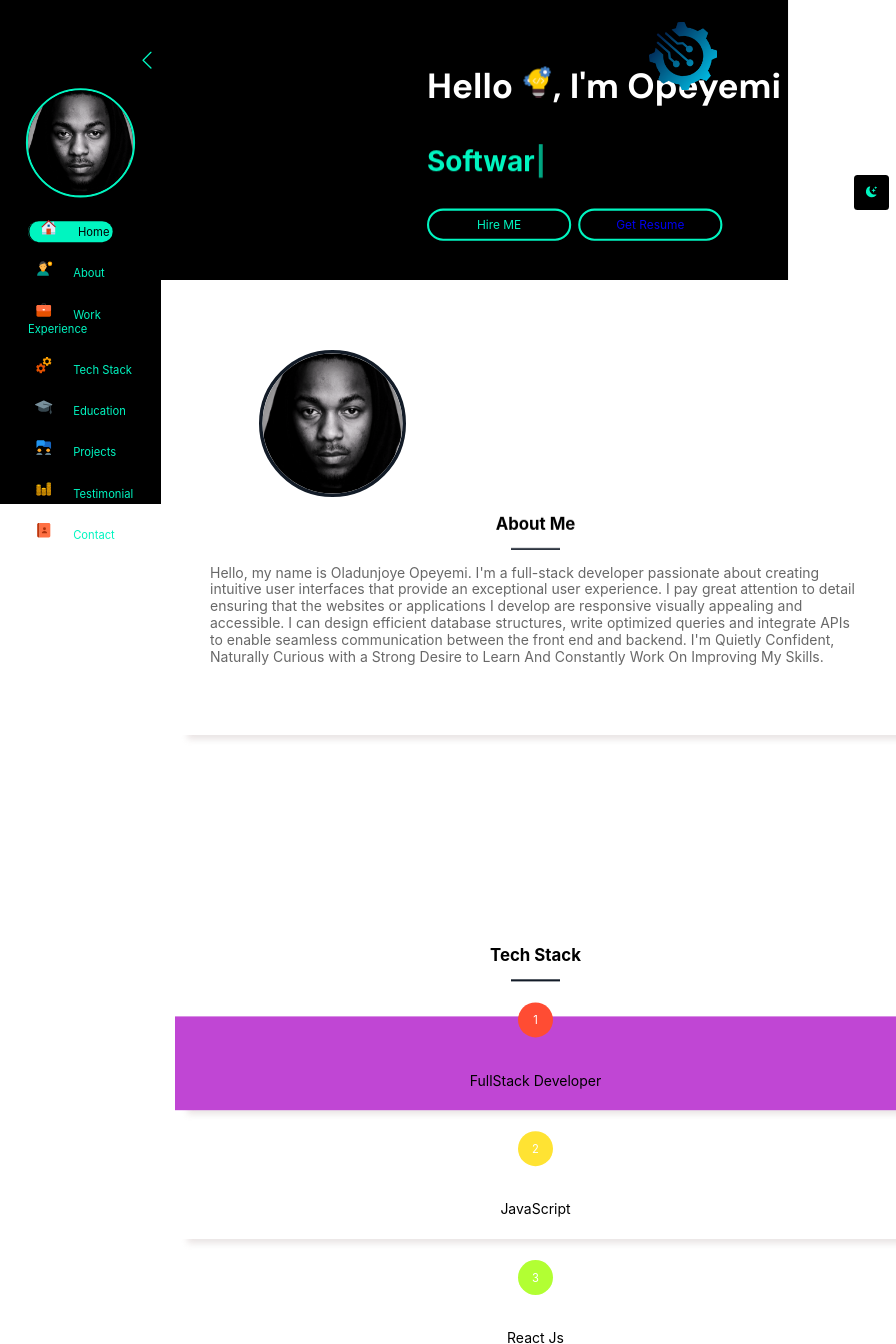
Repository: Laoye99/portfolio
Page: /
These files come from the project's save history. The page is drawn as it stood at one moment and after the next save; the edit follows.
The browser window is 1280 px wide. The pictures show the part of the page from y = 0 to 1920 px (the page is 3177 px tall), at 70% of full size.
The project was rebuilt for these pictures with package versions that can differ from the ones it lists, and the page was loaded fresh each time. Imported but missing from the stored project, and not drawn on this page: src/components/Home/MyResume.pdf.

Above is the page before, as saved 2024-02-15 14:00:20.

### src/App.js
import './App.css';
import { createContext, useState } from 'react';
import ScrollToTop from 'react-scroll-to-top';
import Navbar from './components/SideNav/Navbar';
import Sidebar from './components/SideNav/Sidebar';
import About from './components/About/About';
import TechStack from './components/TechStack/TechStack';

export const ThemeContext = createContext(null);

const App = () => {
  const [theme, setTheme] = useState("light");

  const changeTheme = () => {
    setTheme((prev) => (prev === "light" ? "dark" : "light"));
  };
  return (
    <ThemeContext.Provider value={{ theme, changeTheme }}>
    <div id={theme}>
    <Navbar/>
    <Sidebar changeTheme={changeTheme} theme={theme}/>
    <About/>
    <TechStack/>
    </div>
    <ScrollToTop
    top="200"
    smooth
    height="20"
    width="20"
    color="#00f5c0"
    style={{ borderRadius: "90px ", backgroundColor: "#000000" }}
    />
    </ThemeContext.Provider>
  );
}

export default App;

### src/App.css
::-webkit-scrollbar {
  width: 8px;
  height: auto;
}

::-webkit-scrollbar-track {
  box-shadow: inset 0 0 5px rgb(103, 100, 109);
}

::-webkit-scrollbar-thumb {
  background-color: #121b27;
  border-radius: 5px;
}

::-webkit-scrollbar-thumb:hover {
  background-color: rgba(189, 59, 210, 0.94);
}

#dark {
  background-color: #273746;
  color: #ffffff;
}

### src/components/SideNav/Navbar.js
import { useState } from "react";
import "./Navbar.css";
import {GiHamburgerMenu} from "react-icons/gi";
import { Link } from "react-scroll";
import {
    FcHome,
    FcBriefcase,
    FcContacts,
    FcServices,
    FcCollaboration,
    FcPortraitMode } from "react-icons/fc";
import {FaUser} from "react-icons/fa";

const Navbar = () => {
    const [open, setOpen] = useState(false);

    const handleClick = () => {
        setOpen(!open);
    };
    return(
        <div className="navbar">
        <div className="navbar-header">
        <p>
        <GiHamburgerMenu size={25} onClick={handleClick} />
        </p>
        </div>
        {open ? (
        <div className="nav">
        <ul>
        <li className="nav-item">
        <Link
        to="home"
        spy={true}
        smooth={true}
        duration={100}
        offset={-100}
        >
        <FcHome size={25}/>
        Home
        </Link>
        </li>
        <li className="nav-item">
        <Link
        to="about"
        spy={true}
        smooth={true}
        duration={100}
        offset={-100}
        >
        <FcPortraitMode size={25}/>
        About
        </Link>
        </li>
        <li className="nav-item">
        <Link
        to="project"
        spy={true}
        smooth={true}
        duration={100}
        offset={-100}
        >
        <FcBriefcase  size={25}/>
        Work Experience
        </Link>
        </li>
        <li className="nav-item">
        <Link
        to="stack"
        spy={true}
        smooth={true}
        duration={100}
        offset={-100}
        >
        <FcServices  size={25} />
        Tech Stack
        </Link>
        </li>
        <li className="nav-item">
        <Link
        to="project"
        spy={true}
        smooth={true}
        duration={100}
        offset={-100}
        >
        <FcCollaboration   size={25} />
        Projects
        </Link>
        </li>
        <li className="nav-item">
        <Link
        to="contact"
        spy={true}
        smooth={true}
        duration={100}
        offset={-100}
        >
        <FcContacts size={25}/>
        Contact
        </Link>
        </li>
        </ul>
        </div>
        ) : null}
        </div>
    );
};

export default Navbar;

### src/components/SideNav/Sidebar.js
import { useState } from "react";
import { BsChevronLeft, BsChevronRight } from "react-icons/bs";
import "./Sidebar.css";
import SidebarList from "./SidebarList";
import Home from "../Home/Home";


const Sidebar = ({ theme,changeTheme }) => {
    const [expandSidebar, setExpandSidebar] = useState(true);

    const handleExpandClick = () => {
        setExpandSidebar(!expandSidebar);
    };
    return(
        <div className="container-fluid sidebar-section">
        <div className={expandSidebar ? "sidebar-expand sidebar" : "sidebar"}>
        <div className="icon-sidebar">
        <p onClick={handleExpandClick}>
        {expandSidebar ? (
            <BsChevronLeft size={30} color="#00f5c0"/>
            ) : (
        <BsChevronRight size={30} color="#00f5c0"/>
            )}
        </p>
        </div>
        <SidebarList expandSidebar={expandSidebar} />
        </div>
        <div className="container-fluid">
          <Home changeTheme = {changeTheme} theme = {theme}/>
        </div>

        </div>
    );
};

export default Sidebar;

### src/components/About/About.js
import React from "react";
import ProfilePic from "../../Image/Screenshot (29).png";
import {Fade} from "react-awesome-reveal";
import {Flip} from "react-awesome-reveal";
import './About.css';
const About = () => {
    return(
        <div className="container about-section" id="about">
    <div className="row">
      <Fade bottom>
        <div className="col-xl-6 col-lg-6 col-md-12 col-sm-12">
          <div className="about-image">
            <img src={ProfilePic} alt="Profile" />
          </div>
        </div>
      </Fade>
      <div className="col-xl-6 col-lg-6 col-md-12 col-sm-12">
        <div className="about-details">
          <Flip left>
            <div className="about-title">
              <h2>About Me</h2>
              <span className="line"></span>
            </div>
          </Flip>

          <Fade right>
            <p className="description">
              Hello, my name is Oladunjoye Opeyemi.
              I'm a full-stack developer
              passionate about creating intuitive
              user interfaces that provide
              an exceptional user experience.
              I pay great attention to detail
              ensuring that the websites or applications
              I develop are responsive
              visually appealing and accessible.
              I can design efficient database
              structures, write optimized queries
              and integrate APIs to enable
              seamless communication between
              the front end and backend.
              I'm Quietly Confident, Naturally Curious
               with a Strong Desire to
              Learn And Constantly Work On Improving My Skills.
            </p>
          </Fade>
        </div>
      </div>
    </div>
  </div>
    )
};

export default About;

### src/components/TechStack/TechStack.js
import React, { useState } from "react";
import "./TechStack.css";
import { Fade } from "react-awesome-reveal";
import { Zoom } from "react-awesome-reveal";


const TechStack = () => {
    const data = [
        {
          name: "FullStack Developer",
        },

        {
          name: "JavaScript",
        },
        {
          name: "React Js",
        },
        {
          name: "Next JS",
        },
        {
          name: "CSS",
        },
        {
          name: "HTML5",
        },
        {
          name: "BootStrap",
        },
        {
          name: "TailwindCSS",
        },
        {
          name: "React Native",
        },
        {
          name: "Vanilla JS",
        },
        {
          name: "SCSS",
        },
        {
          name: "Git",
        },
        {
          name: "GitHub",
        },
        {
          name: "Java",
        },
        {
          name: "Springboot",
        },
        {
          name: "Servlet",
        },
        {
          name: "Maven",
        },
        {
          name: "Eclipse IDE",
        },
        {
            name: "IntelliJ IDE",
        },
        {
            name: "MySQL",
        },
        {
            name: "Postman",
        },
        {
            name: "MySQL",
        },
        {
            name: "Tomcat",
        },
      ];

      const colors = [
        "#FF4C33",
        "#FFE333",
        "#B2FF33",
        "#33FF58",
        "#33FFC1",
        "#33CAFF",
        "#3355FF",
        "#9333FF",
        "#F033FF",
        "#FF33C4",
        "#FF3386",
        "#FF334C",
        "#33FF42",
        "#FF3633",
        "#9C33FF",
        "#33FFF6",
        "#33FF58",
        "#FF33C4",
        "#034694",
        "#5A0394",
        "#940303",
        "#944403",
        "#449403",
        "#03945C"
      ];

      const [showMoreTechStack, setMoreTechStack] = useState(9);

      const loadMore = () => {
        setMoreTechStack((prev) => prev + 3);
      };
      return (
        <div className="container techstack-section" id="stack">
      <div className="section-title">
        <h2>Tech Stack</h2>
        <span className="line"></span>
      </div>

      <div className="row">
        {data.slice(0, showMoreTechStack).map((item, index) => (
          <Fade right>
            <div className="col-xl-4 col-lg-4 col-md-6 col-sm-12" key={index}>
              <div
                className={
                  index === 0
                    ? "tech-content-marked tech-content"
                    : "tech-content"
                }
              >
                <span
                  className="tech-number"
                  style={{ backgroundColor: colors[index] }}
                >
                  {index + 1}
                </span>
                <p>{item.name}</p>
              </div>
            </div>
          </Fade>
        ))}
      </div>

      {showMoreTechStack >= data.length ? null : (
        <Zoom>
          <span className="load-more" onClick={loadMore}>
            Load More
          </span>
        </Zoom>
      )}
    </div>
      );
};

export default TechStack;

### src/components/SideNav/Navbar.css
.navbar {
    position: sticky;
    top: 0;
    z-index: 1;
  }

  .navbar-header {
    width: 100%;
    background-color: #00f5c0;
    color: #000000;
    padding: 5px;
  }

  .navbar-header p svg {
    margin-left: 10px;
    cursor: pointer;
    margin-top: 20px;
    margin-right: 5px;
  }

  .nav {
    height: auto;
    width: 210px;
    background-color: #000000;
    margin-top: 30px;
    padding-top: 10px;
    padding-bottom: 10px;
  }

  .nav ul li {
    color: #000000;
    list-style-type: none;
    cursor: pointer;
    text-decoration: none;
    margin-top: 30px;
  }

  .nav ul li a {
    text-decoration: none;
    color: #00f5c0;
  }

  .nav-item .active {
    color: #000000;
    background-color: #00f5c0;
    border-radius: 90px;
    padding: 5px;
    width: 100%;
  }

  @media (min-width: 1000px) {
    .navbar {
      display: none;
    }
  }

### src/components/SideNav/Sidebar.css
.sidebar-section {
    display: flex;
    /* background-color: #030303da; */
  }

  .sidebar {
    height: 100vh;
    background-color: #000000;
    width: 95px;
    position: fixed;
  }

  .sidebar-expand {
    width: 230px;
  }

  .container-fluid {
    padding-left: 0px !important;
    padding-right: 0px !important;
    overflow: hidden;
  }

  .icon-sidebar {
    display: flex;
    align-items: right;
    justify-content: right;
    cursor: pointer;
  }

  .icon-sidebar p svg {
    background-color: #000000;
    padding: 5px;
    color: #00f5c0;
    border-radius: 5px;
    margin-top: 50px;
  }

  @media (max-width: 1000px) {
    .sidebar {
      display: none;
    }
  }

### src/components/Home/Home.js
import React from 'react';
import Typewriter from 'typewriter-effect';
import { BsFillMoonStarsFill, BsSun } from 'react-icons/bs';
import { Fade } from 'react-awesome-reveal';
import concept from "../../Image/concept.png";
import automation from "../../Image/automation.png";
import "./Home.css";
import MyCv from './MyResume.pdf';



const Home = ({theme, changeTheme}) => {
    return(
        <div className='container-fluid home' id="home">
        <div  className='theme-change' onClick={changeTheme}>
        {theme === "light" ? (
            <p>
            <BsFillMoonStarsFill />{" "}
            </p>
            ) : (
                <p className='sun-light-icon'>
                <BsSun/>
                </p>
            )}
        </div>

        <div className='container home-content'>
        <Fade right>
        <h1>
        Hello <img alt='vector' src={concept}/>, I'm Opeyemi
        </h1>

        <h2>
        <Typewriter
        options={{
            strings: [
              "Frontend Developer",
              "Backend Developer",
              "Software Engineer",
            ],
            autoStart: true,
            loop: true,
            delay: 5,
          }}
        />
        </h2>
        </Fade>

        <Fade bottom>
        <div className='button-for-action'>
        <div className='hire-me-button'>Hire ME</div>
        <div className="get-resume-button">
              <a href={MyCv} download="Opeyemi_cv">
                Get Resume
              </a>
            </div>
        </div>
        </Fade>
        <img className='automation' alt='automation' src={automation}/>
        </div>
        </div>
    )

};

export default Home;

### src/components/About/About.css
.about-section {
    box-shadow: 15px 9px 9px -2px rgba(230, 224, 244, 0.86);
    -webkit-box-shadow: 15px 9px 9px -2px rgba(230, 224, 224, 0.86);
    -moz-box-shadow: 15px 9px 9px -2px rgba(230, 224, 224, 0.86);

    margin-top: 50px;
    height: 600px;
    margin-left: 250px;
    padding: 0px 50px;
  }

  #dark .about-section {
    box-shadow: none;
    background-color: #17202a;
    box-shadow: -6px 11px 5px -4px rgba(0, 0, 0, 0.42);
    -webkit-box-shadow: -6px 11px 5px -4px rgba(0, 0, 0, 0.42);
    -moz-box-shadow: -6px 11px 5px -4px rgba(0, 0, 0, 0.42);
  }

  .about-image img {
    height: 200px;
    width: 200px;
    border-radius: 190px;
    margin-top: 50px;
    margin-left: 70px;
    border: 5px solid #121b27;
    object-fit: cover;
  }

  #dark .about-image img {
    border: 5px solid #ffffff;
  }

  .about-details {
    margin: 0;
  }

  .about-title h2 {
    text-align: center;
  }
  .description {
    font-size: 20px;
    color: #686868;
  }

  #dark .description {
    color: #ffffff;
  }

  .line {
    display: block;
    width: 70px;
    height: 3px;
    margin: 1px auto;
    background-color: #121b27;
  }

  #dark .line {
    background-color: #ffffff;
  }

  @media (max-width: 1000px) {
    .about-image {
      display: none;
    }
    .about-section {
      margin: 50px auto;
      height: auto;
    }
  }

### src/components/TechStack/TechStack.css
.techstack-section {
    margin-top: 300px;
    height: auto;
    margin-bottom: 40px;
    margin-left: 250px;
  }

  .section-title h2 {
    text-align: center;
  }

  .tech-content {
    padding: 10px;
    color: #000;
    margin-top: 50px;
    box-shadow: 15px 9px 9px -2px rgba(230, 224, 244, 0.86);
    -webkit-box-shadow: 15px 9px 9px -2px rgba(230, 224, 224, 0.86);
    -moz-box-shadow: 15px 9px 9px -2px rgba(230, 224, 224, 0.86);
  }

  #dark .tech-content {
    background-color: #03945c;
    color: #ffffff;
    box-shadow: -6px 11px 5px -4px rgba(0, 0, 0, 0.42);
    -webkit-box-shadow: -6px 11px 5px -4px rgba(0, 0, 0, 0.42);
    -moz-box-shadow: -6px 11px 5px -4px rgba(0, 0, 0, 0.42);
  }

  #dark .tech-content:hover {
    background-color: #121b27;
    transition-duration: 1s;
  }

  .tech-content-marked {
    background-color: rgba(189, 59, 210, 0.94);
  }

  .tech-content p {
    text-align: center;
    padding-top: 30px;
    font-size: 20px;
  }

  .tech-content:hover {
    background-color: #121b27;
    color: #fff;
    cursor: pointer;
    transition-duration: 1s;

    box-shadow: -6px 11px 5px -4px rgba(0, 0, 0, 0.42);
    -webkit-box-shadow: -6px 11px 5px -4px rgba(0, 0, 0, 0.42);
    -moz-box-shadow: -6px 11px 5px -4px rgba(0, 0, 0, 0.42);
  }

  .tech-number {
    border-radius: 90px;
    height: 50px;
    width: 50px;
    color: #fff;
    text-align: center;
    align-items: center;
    justify-content: center;
    display: block;
    margin: 0 auto;
    margin-top: -30px;
    line-height: 50px;
  }

  .load-more {
    background-color: #121b27;
    width: 150px;
    padding: 10px;
    color: #ffffff;
    text-align: center;
    justify-content: center;
    cursor: pointer;
    display: table;
    margin-left: auto;
    margin-right: auto;
    margin-top: 35px;
    border-radius: 5px;
    margin-bottom: 40px;
    font-size: 20px;
  }

  #dark .load-more {
    background-color: #17202a;
  }

  .load-more:hover {
    background-color: rgba(189, 59, 210, 0.94);
    transition-duration: 1s;
  }
  #dark .load-more:hover {
    background-color: #121b27;
    transition-duration: 1s;
  }

  @media (max-width: 1000px) {
    .techstack-section {
      margin: 50px auto;
    }
  }

### src/components/SideNav/SidebarList.css
.sidebar-profile-pic img {
    border-radius: 90px;
    margin-top: 10px;
    height: 150px;
    width: 150px;
    display: flex;
    vertical-align: middle;
    margin: 0 auto;
    object-fit: cover;
    border: 3px solid #00f5c0;
  }

  .navbar-items ul li {
    color: #00f5c0;
    list-style-type: none;
    cursor: pointer;
    margin-top: 30px;
  }

  .navbar-items ul li svg {
    margin-right: 25px;
    margin-left: 10px;
  }

  .navbar-items-only-icons ul li {
    margin-top: 30px;
    cursor: pointer;
    list-style-type: none;
  }

  .navbar-items-only-icons ul li svg {
    margin-left: 10px;
  }

  .navbar-items ul li a {
    text-decoration: none;
  }
  .nav-item .active {
    border-left: 2px solid #000000;
    color: #000000;
  }

### src/components/Home/Home.css
@import url("https://fonts.googleapis.com/css2?family=DM+Sans:wght@700&display=swap");

.home {
  height: 400px;
  background-color: #000000;
  color: #00f5c0;

}

.home-content {
  padding: 10px;
  margin-top: 30px;
  margin-left: 600px;
  position: relative;
}
/* rgba(189, 59, 210, 0.94) */

.home-content h1 {
  font-family: DM Sans;
  font-size: 50px;
  font-weight: 700;
  line-height: 6.2rem;
  color: #ffffff;
}

.home-content h1 img {
  width: 45px;
}

.home-content h2 {
  margin-top: 20px;
  color: #00f5c0;
  font-size: 40px;
}

.button-for-action {
  display: flex;
}

.hire-me-button {
  background-color: #000000;
  text-align: center;
  width: 180px;
  padding: 10px;
  border-radius: 90px;
  border: 3px solid #00f5c0;
  cursor: pointer;
  margin-top: 10px;
  font-size: 17px;
}

.hire-me-button:hover {
  background-color: #00f5c0;
  width: 250px;
  color: #000;
  transition-duration: 1s;
  font-size: 20px;
}
.get-resume-button {
  background-color: #000000;
  text-align: center;
  width: 180px;
  padding: 10px;
  border-radius: 90px;
  border: 3px solid #00f5c0;
  cursor: pointer;
  margin-top: 10px;
  margin-left: 10px;
  font-size: 17px;
}

.get-resume-button:hover {
  background-color: #00f5c0;
  width: 250px;
  color: #000;
  transition-duration: 1s;
  font-size: 20px;
}

.get-resume-button a {
  text-decoration: none;
}

.automation {
  position: absolute;
  top: 0;
  right: 100px;
  height: 100px;
  animation: rotation infinite 5s linear;
}

@media (max-width: 450px) {
  .automation {
    bottom: 0;
  }
}

.theme-change {
  justify-content: center;
  height: 50px;
  width: 50px;
  background-color: #000000;
  right: 0;
  margin-right: 10px;
  text-align: center;
  vertical-align: middle;
  line-height: 20px;
  position: fixed;
  top: 150;
  margin-top: 250px;
  border-radius: 5px;
  cursor: pointer;
  z-index: 1;
}

.sun-light-icon {
  animation: rotation infinite 5s linear;
}

@keyframes rotation {
  from {
    transform: rotate(0deg);
  }

  to {
    transform: rotate(360deg);
  }
}
@media (max-width: 1000px) {
  .home-content {
    margin: 30px auto;
  }
}

Loaded but not shown: public/index.html (common file); src/index.js (common file); src/index.css (common file); src/reportWebVitals.js (common file); src/components/SideNav/SidebarList.js (185 lines, source omitted)

After the next save:
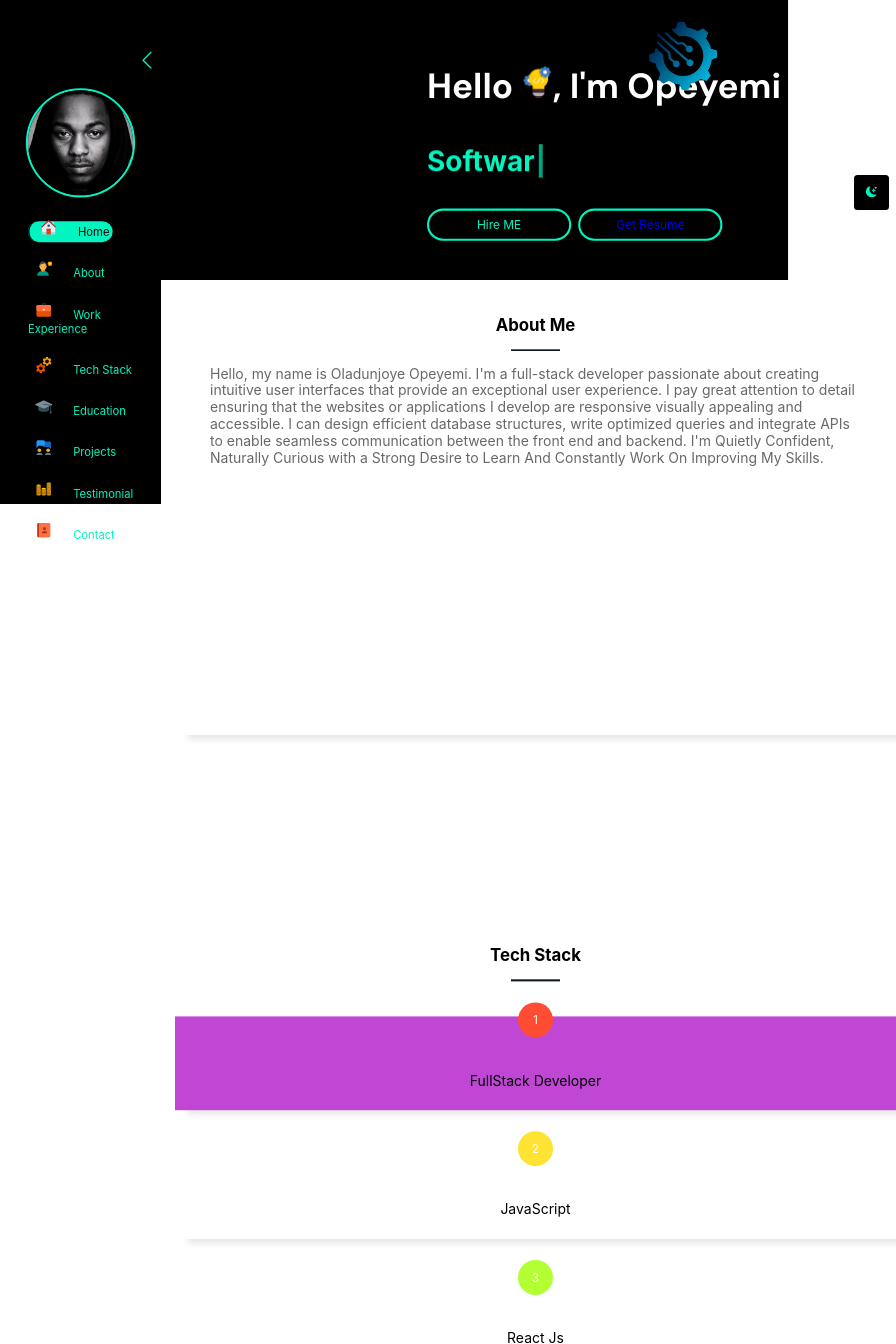
Saved 5 s later.
--- a/src/components/About/About.js
+++ b/src/components/About/About.js
@@ -8,11 +8,7 @@ const About = () => {
         <div className="container about-section" id="about">
     <div className="row">
       <Fade bottom>
-        <div className="col-xl-6 col-lg-6 col-md-12 col-sm-12">
-          <div className="about-image">
-            <img src={ProfilePic} alt="Profile" />
-          </div>
-        </div>
+
       </Fade>
       <div className="col-xl-6 col-lg-6 col-md-12 col-sm-12">
         <div className="about-details">
